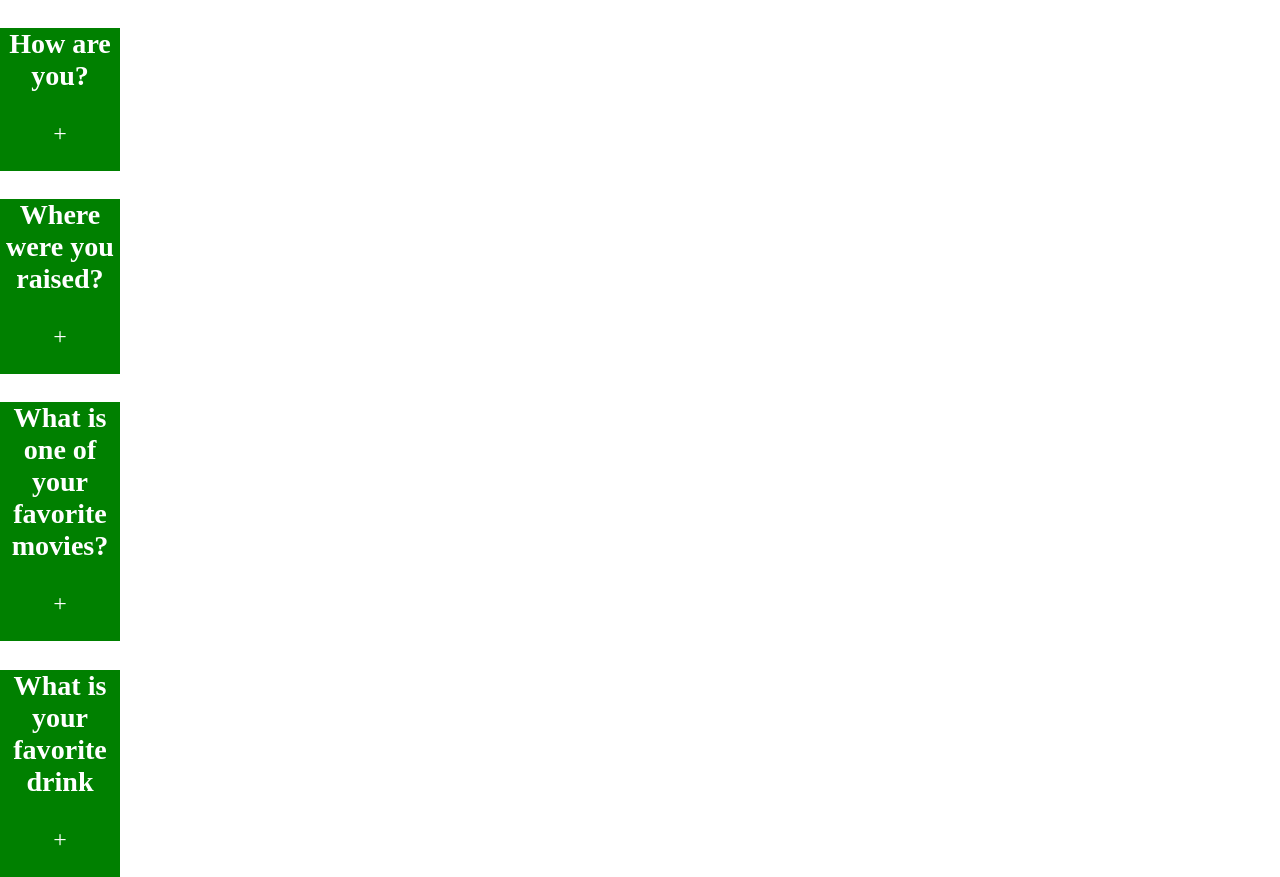
Repository: kosenijr/react-projects
Page: / (app in accordion/)
An editor plug-in stored every save of this project. The page is shown before and after a run of saves, followed by the edit.
The browser window is 1280 px wide. The pictures show the whole page.
The project was rebuilt for these pictures with package versions that can differ from the ones it lists, and the page was loaded fresh each time.

Above is the page before, as saved 2024-03-02 22:29:05.

After the next 3 saves:
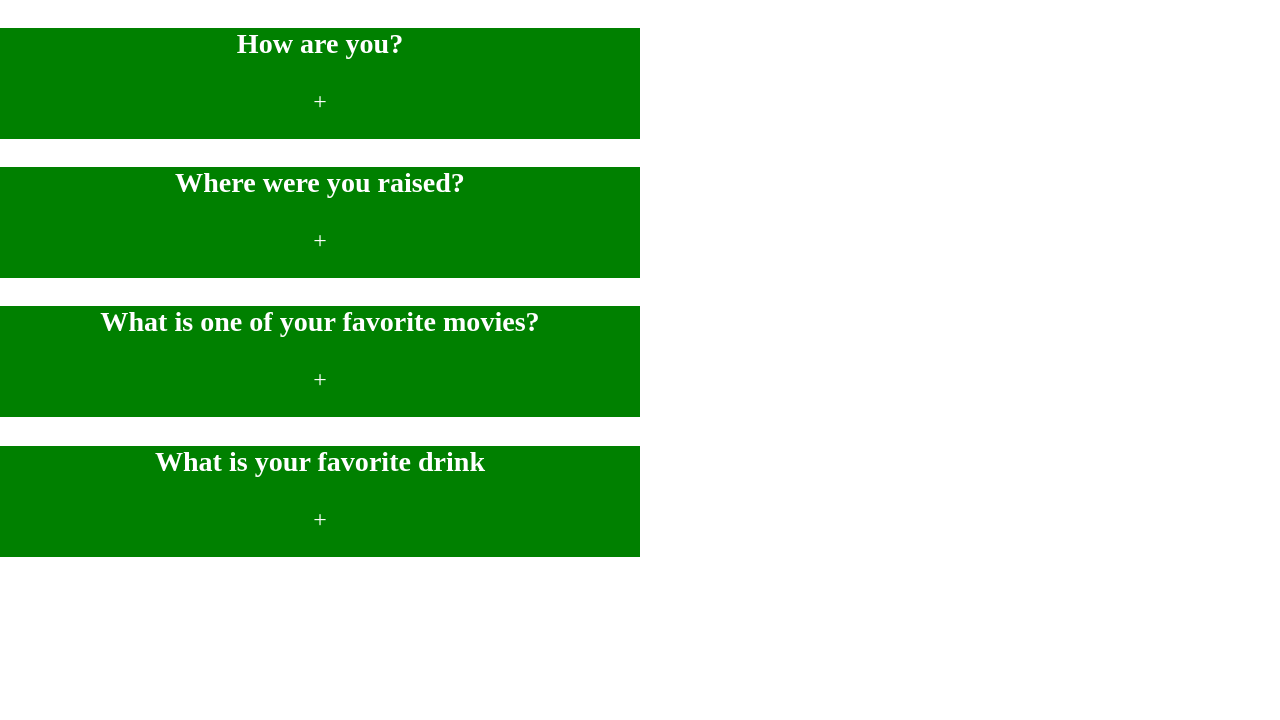
The 3 saves are shown as one change because they came seconds apart.
The last was saved 13 s later.
--- a/accordion/src/styles/Accordion.css
+++ b/accordion/src/styles/Accordion.css
@@ -9,7 +9,7 @@
   font: 1.5em Raleway;
   /* height: 5em; */
   padding-bottom: 1em;
-  width: 5em;
+  width: 50vw;;
 }
 
 .content {
